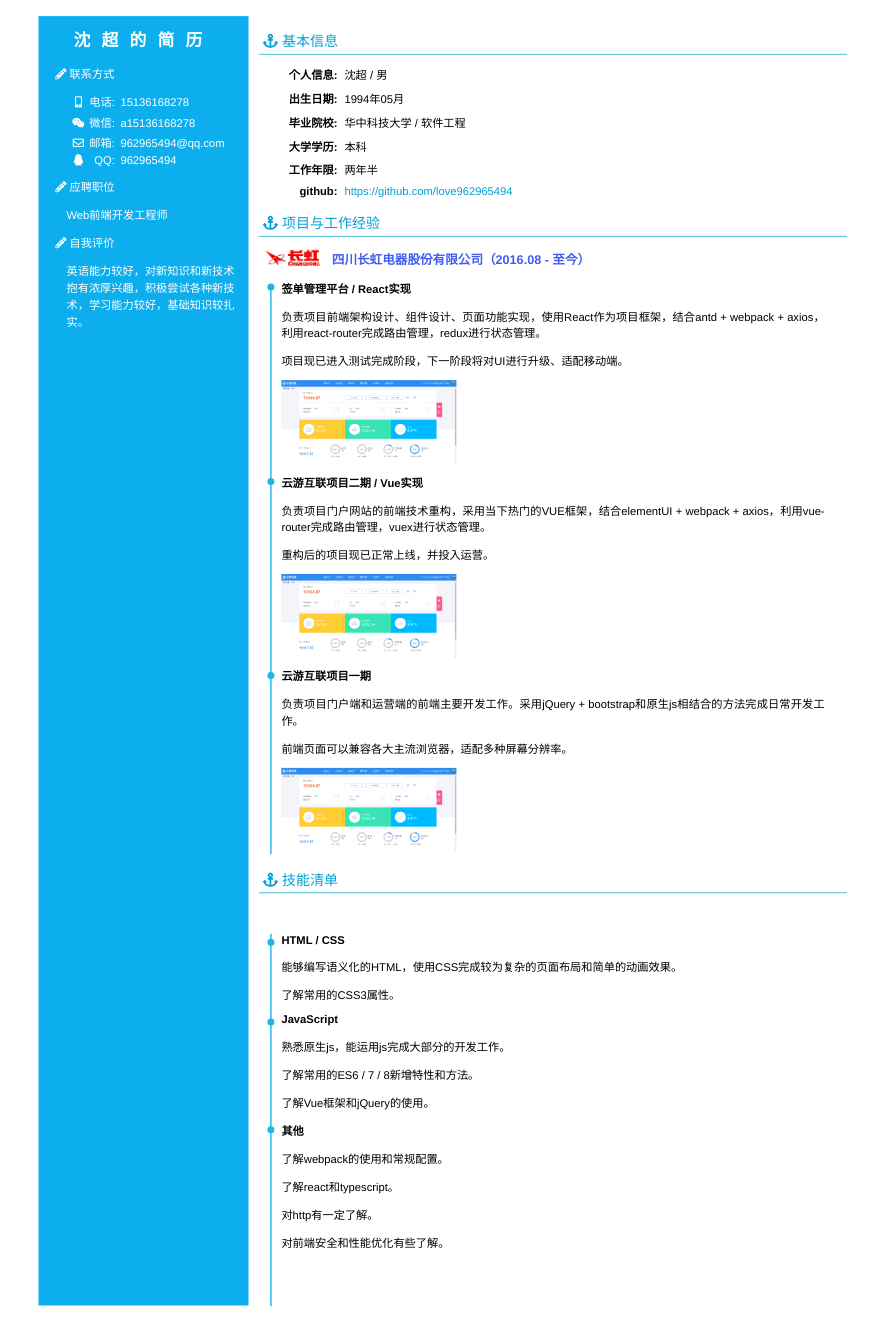
Repository: love962965494/my-resume
Page: index.html
An editor plug-in stored every save of this project. The page is shown before and after the next save, followed by the edit.
The browser window is 1280 px wide. The pictures show the whole page, at 70% of full size.
Some web libraries are served in a nearby version. The style sheet was rebuilt from its Sass, Less or Tailwind sources for each picture, by a compiler version that may differ from the author's.

Above is the page before, as saved 2018-09-02 19:01:29.

After the next save:
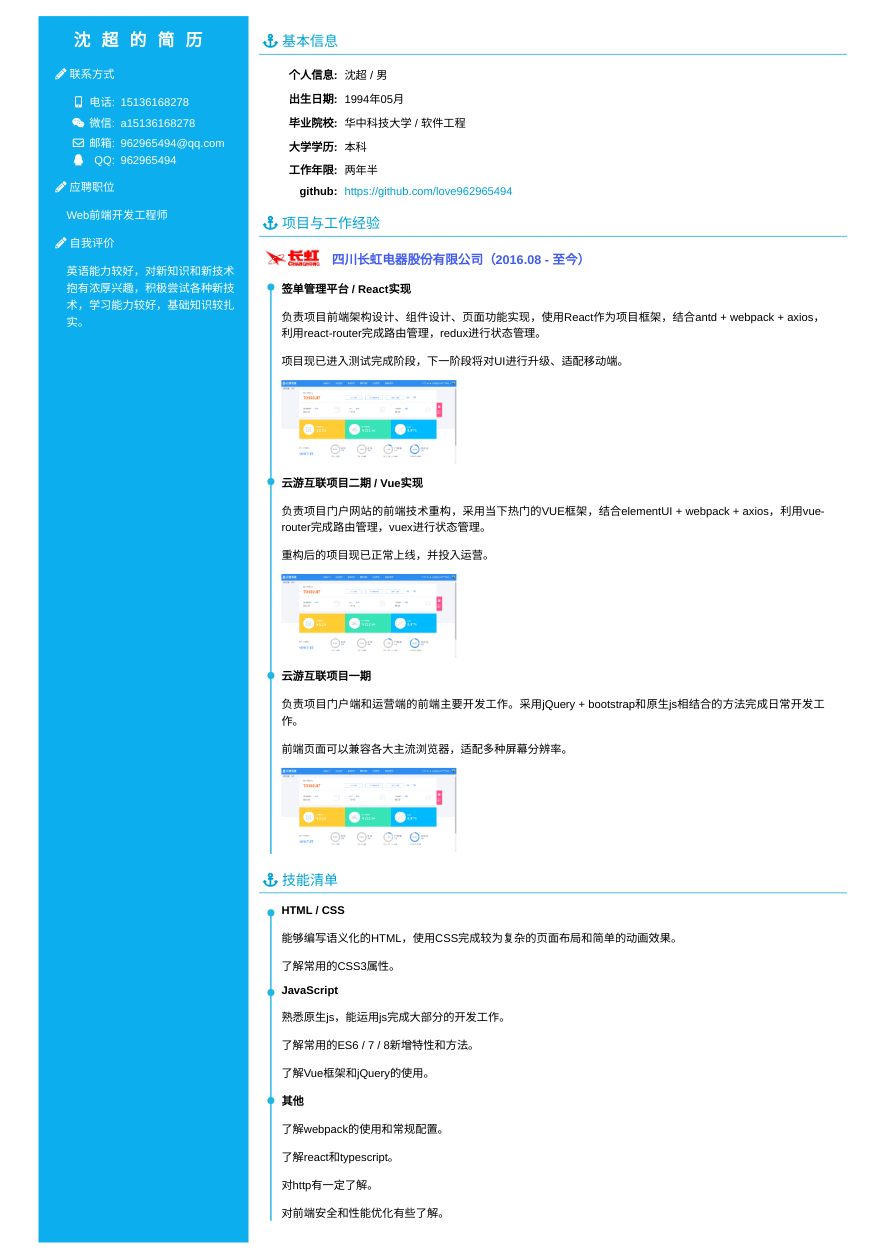
Saved 21 s later.
--- a/styles/myResume.scss
+++ b/styles/myResume.scss
@@ -204,7 +204,7 @@
     }
 
     & > .list {
-      padding: 2rem;
+      padding: 0 2rem;
       position: relative;
       &::before {
         content: '';
